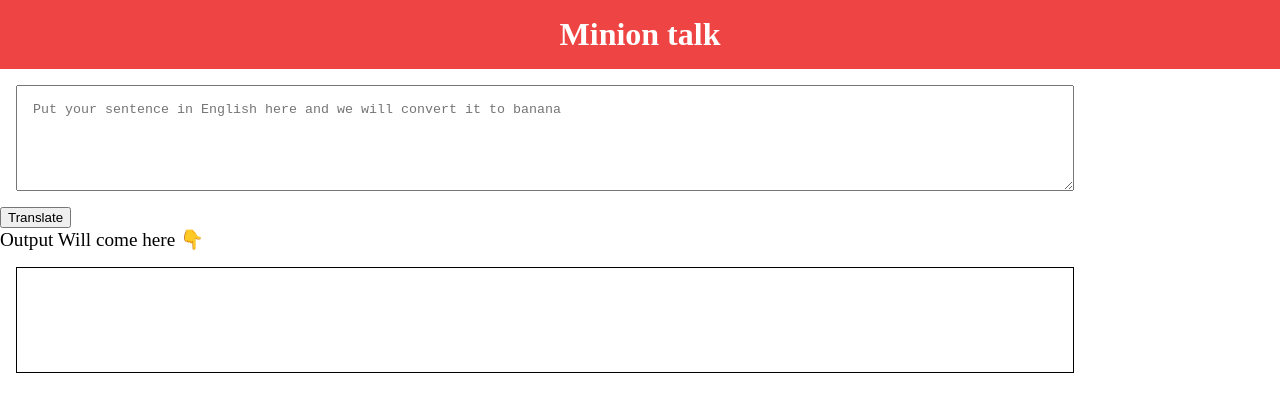
Repository: sohan2503001/Avator-speak
Page: index.html
An editor plug-in stored every save of this project. The page is shown before and after a run of saves, followed by the edit.
The browser window is 1280 px wide. The pictures show the whole page.

Above is the page before, as saved 2021-04-21 03:32:11.

### index.html
<!DOCTYPE html>
<html lang="en">

<head>
    <meta charset="UTF-8">
    <meta http-equiv="X-UA-Compatible" content="IE=edge">
    <meta name="viewport" content="width=device-width, initial-scale=1.0">
    <title>Minion Speak</title>
    <link rel="stylesheet" href="style.css">
</head>

<body>
    <h1>Minion talk</h1>
    <textarea id="txt-input" placeholder="Put your sentence in English here and we will convert it to banana"></textarea>
    <button id="btn-translate" >Translate</button>

    <div style="font-size: larger;">Output Will come here 👇</div>
    <div id="output"></div>

    <script src="app.js" type="text/javascript"></script>
</body>

</html>

### style.css
:root{
    --primary-color:#EF4444;
}

body{
    margin: 0;

}

/**header**/
h1{
    background-color: var(--primary-color);
    margin: auto;
    padding: 1rem;
    text-align: center;
    color: white;
}


textarea{
    width: 80%;
    height: 10vh;
    display: block;
    margin: 1rem;
    padding: 1rem;
}

#output{
    border: 1px solid black;
    height: 10vh;
    width: 80%;
    margin: 1rem;
    padding: 1rem;
}

### app.js
var btnTranslate = document.querySelector("#btn-translate");
var txtInput = document.querySelector("#txt-input");
var outputDiv = document.querySelector("#output");

var serverURL = "https://api.funtranslations.com/translate/minion.json"

function getTranslationURL(text) {
    return serverURL + "?" + "text=" + text
}

function clickHandler() {
    var inputText = txtInput.value;
    fetch(getTranslationURL(inputText))
        .then(response => response.json())
        .then(json => {
            var translatedText = json.contents.translated;
            outputDiv.innerHTML = translatedText;
        })
};

btnTranslate.addEventListener("click", clickHandler);

After the next 2 saves:
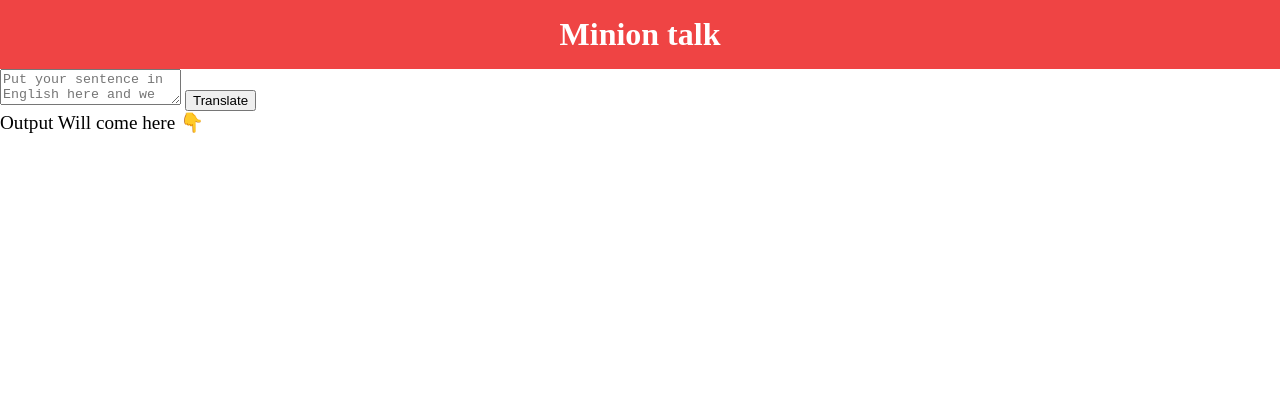
The 2 saves are shown as one change because they came seconds apart.
The last was saved 22 s later.
--- a/style.css
+++ b/style.css
@@ -16,7 +16,7 @@
     color: white;
 }
 
-
+/**Center
 textarea{
     width: 80%;
     height: 10vh;

After the save that followed:
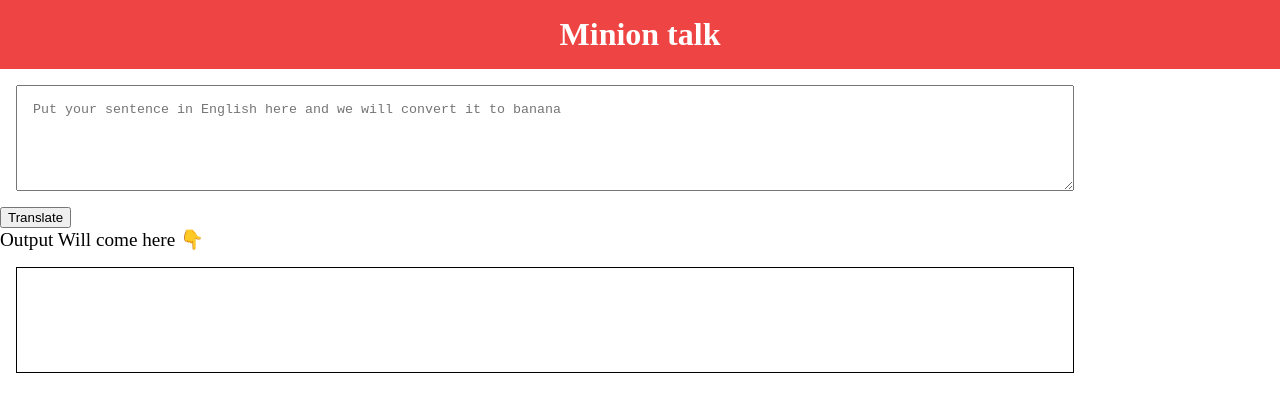
Saved 4 s later.
--- a/style.css
+++ b/style.css
@@ -16,7 +16,7 @@
     color: white;
 }
 
-/**Center
+/**Center**/
 textarea{
     width: 80%;
     height: 10vh;
